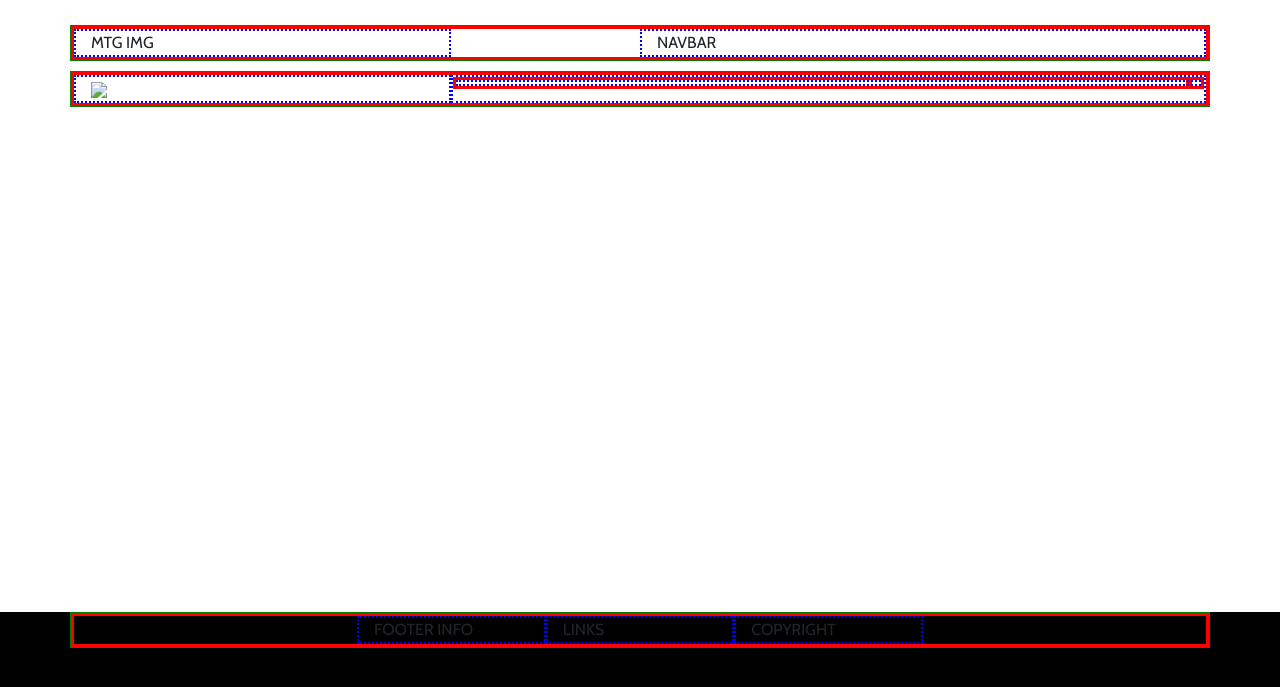
Repository: Code-Institute-Submissions/Milestone-Project-1-Art-Blog
Page: artisttemp.html
The author's editor kept a record of every edit. The page is drawn from the files as they stood at one moment, then again after the next edit.
The browser window is 1280 px wide. The pictures show the whole page.
Some web libraries are served in a nearby version.

Above is the page before.

### artisttemp.html
<!DOCTYPE html>
<html lang="en">

<head>
    <meta charset="UTF-8">
    <meta name="viewport" content="width=device-width, initial-scale=1.0">
    <meta http-equiv="X-UA-Compatible" content="ie=edge">
    <link rel="stylesheet" href="https://maxcdn.bootstrapcdn.com/bootstrap/4.2.1/css/bootstrap.min.css" type="text/css" />
    <link rel="stylesheet" href="https://use.fontawesome.com/releases/v5.0.10/css/all.css" integrity="sha384-+d0P83n9kaQMCwj8F4RJB66tzIwOKmrdb46+porD/OvrJ+37WqIM7UoBtwHO6Nlg" crossorigin="anonymous">
    <link rel="stylesheet" href="https://cdnjs.cloudflare.com/ajax/libs/hover.css/2.3.1/css/hover-min.css" type="text/css" />
    <link rel="stylesheet" href="assets/css/style.css" type="text/css" />
    <title>MtG: Flavourist</title>
</head>

<body>

    <header>
        <div class="container my-container">
            <div class="row my-row">
                <div class="col-4 my-col">
                    MTG IMG
                </div>
                <div class="offset-2 col-6 my-col">
                    NAVBAR
                </div>
            </div>
        </div>
    </header>

    <content>
        <div class="container my-container">
            <div class="row my-row">
                <div class="col-4 my-col">
                    <img src="#"></img>
                </div>
                <div class="col-8 my-col">
                    <div class="row my-row">
                        <div class="col-12 my-col">

                        </div>
                        <div class="row my-row"></div>
                    </div>
                </div>
            </div>
        </div>

    </content>

    <footer>
        <div class="container my-container">
            <div class="row my-row">
                <div class="offset-3 col-2 my-col">
                    FOOTER INFO
                </div>
                <div class="col-2 my-col">
                    LINKS
                </div>
                <div class="col-2 my-col">
                    COPYRIGHT
                </div>
            </div>
        </div>

    </footer>

</body>

</html>

### assets/css/style.css
@import url('https://fonts.googleapis.com/css?family=Cabin:100,200,300,400,500,600,700|Indie+Flower:100,200,300,400,500,600,700');

/* ----------------------------------- resets*/

body {
    font-family: cabin;
}

header {
    margin: 0;
    margin-top: 25px;
}

footer {
    position: absolute;
    bottom: 0px;
    width: 100%;
    height: 15%;
    background-color: black;
}

/* ----------------------------------- test-styles*/

.content {
    background-color: lightgrey;
    margin: 20px 0px;
}

.logo {
padding: 0px;
}

.header-titles {
 max-width:100%;
 padding: 0px;
}

.logo-img {
    width: 100%;
}

.my-container {
    border: 1px solid green;
}

.my-row {
    border: 3px solid red;
}

.my-row-nested {
    border: 3px solid yellow;
}

.my-col {
    border: 2px dotted blue;
}

.container {
    margin-bottom: 10px;
}

.container-fluid {
    margin-bottom: 10px;
}

After the next edit:
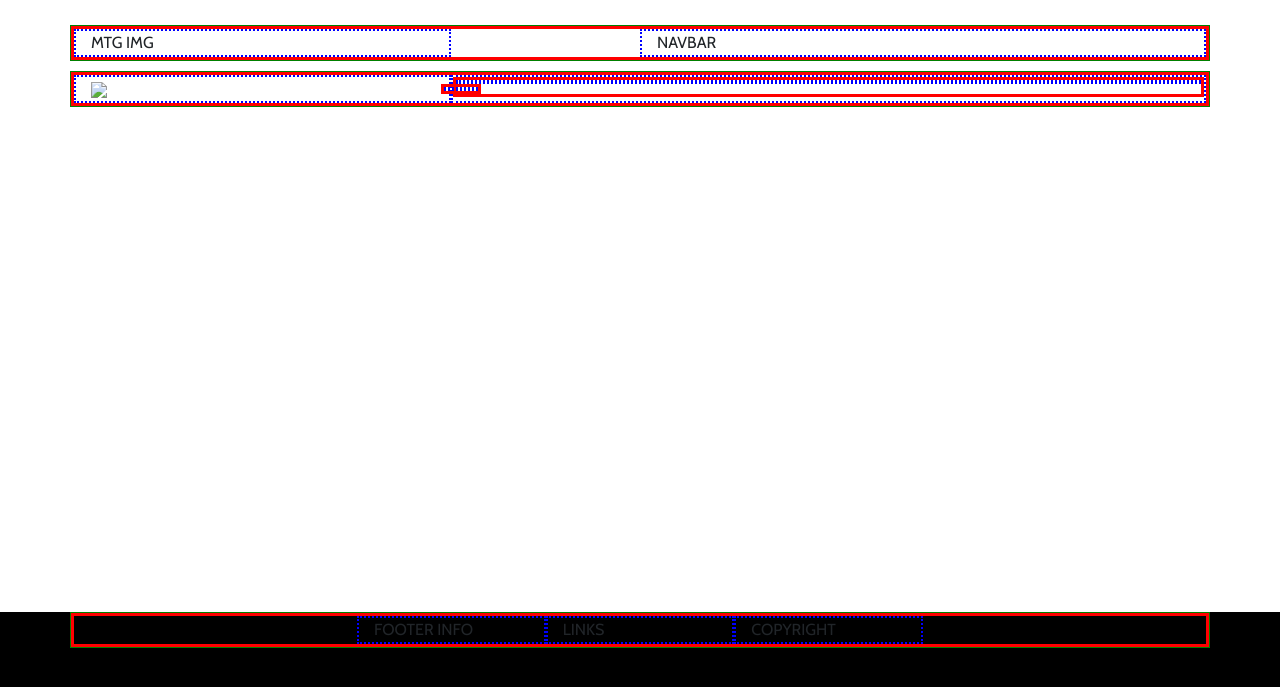
The edit:
--- a/artisttemp.html
+++ b/artisttemp.html
@@ -38,7 +38,11 @@
                         <div class="col-12 my-col">
 
                         </div>
-                        <div class="row my-row"></div>
+                        <div class="row my-row">
+                            <div class="col-12 my-col">
+
+                            </div>
+                        </div>
                     </div>
                 </div>
             </div>
